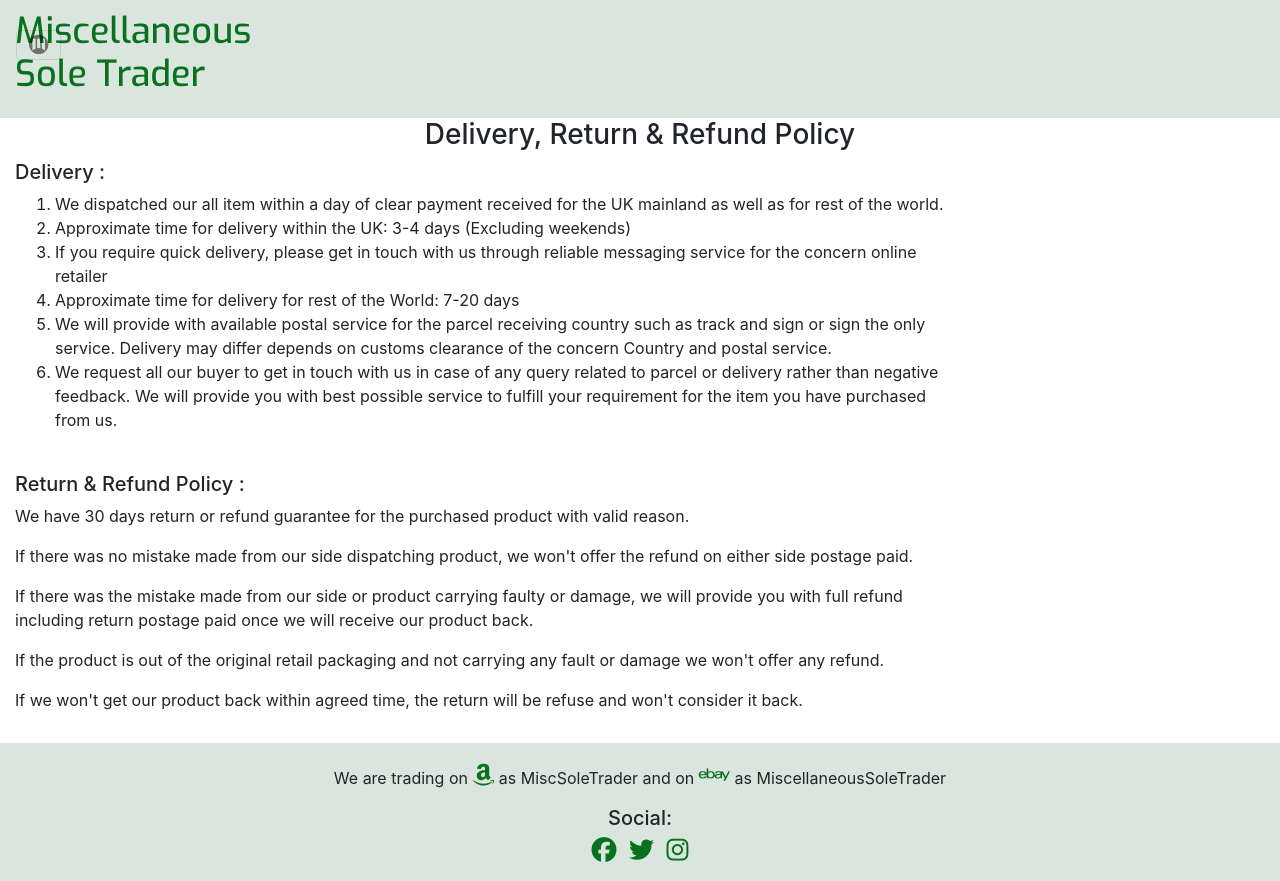
Repository: Code-Institute-Submissions/MilestoneProjectMST
Page: delretref.html
The author's editor kept a record of every edit. The page is drawn from the files as they stood at one moment, then again after the next edit.
The browser window is 1280 px wide. The pictures show the whole page.
Some web libraries are served in a nearby version.

Above is the page before.
Console error: TypeError: Cannot read properties of undefined (reading 'fn')

### delretref.html
<!DOCTYPE html>
<html lang="en">

<head>
    <meta charset="UTF-8">
    <meta name="viewport" content="width=device-width, initial-scale=1.0">
    <meta http-equiv="X-UA-Compatible" content="ie=edge">
    <link rel="stylesheet" href="support/style.css" type="text/css" />
    <link rel="stylesheet" href="https://stackpath.bootstrapcdn.com/bootstrap/4.3.1/css/bootstrap.min.css" integrity="sha384-ggOyR0iXCbMQv3Xipma34MD+dH/1fQ784/j6cY/iJTQUOhcWr7x9JvoRxT2MZw1T" crossorigin="anonymous">
    <script src="https://stackpath.bootstrapcdn.com/bootstrap/4.3.1/js/bootstrap.min.js" integrity="sha384-JjSmVgyd0p3pXB1rRibZUAYoIIy6OrQ6VrjIEaFf/nJGzIxFDsf4x0xIM+B07jRM" crossorigin="anonymous"></script>
    <script src="https://kit.fontawesome.com/011e87d520.js"></script>
    <link rel="stylesheet" href="https://cdnjs.cloudflare.com/ajax/libs/hover.css/2.3.1/css/hover-min.css" type="text/css" />
    <title>MiscSoleTrader</title>
</head>

<body>
    <header class="header-background navalert-container">
        <div class="row no-gutters">
            <a href="index.html" class="col">
                <h1 class="hdr-title-color">Miscellaneous<br> Sole Trader</h1>
            </a>
            <div>
                <nav class="navbar navbar-light nav-background fixed-top">
                    <button class="navbar-toggler" type="button" data-toggle="collapse" data-target="#navbarSupportedContent" aria-controls="navbarSupportedContent" aria-expanded="false" aria-label="Toggle navigation">
                        <i class="fab fa-mizuni"></i>
                    </button>
                    <div class="collapse navbar-collapse" id="navbarSupportedContent">
                        <ul class="nav navbar-nav">
                            <li class="nav-item active mr-2">
                                <a class="nav-link" href="index.html">Products<span class="sr-only">(current)</span></a>
                            </li>
                            <li class="nav-item mr-2">
                                <a class="nav-link" href="about.html">About Us</a>
                            </li>
                            <li class="nav-item mr-2">
                                <a class="nav-link" href="contact.html">Contact Us</a>
                            </li>
                            <li class="nav-item mr-2">
                                <a class="nav-link" href="delretref.html" title="Return & Refund">R & R</a>
                            </li>
                        </ul>
                        <!--<form class="form-inline d-none d-lg-block my-2 my-lg-0">-->
                        <!--    <input class="form-control mr-sm-2" type="search" placeholder="Search" aria-label="Search">-->
                        <!--    <button class="btn btn-outline-success my-2 my-sm-0" type="submit">Search</button>-->
                        <!--</form>-->
                    </div>
                </nav>
            </div>
        </div>
    </header>

    <section class="main-background container-fluid" id="container">
        <div class="row" id="main">
            <div class="col delretref-heading text-center">
                <h3 class="uppercase">Delivery, Return & Refund Policy</h3>
            </div>
        </div>
        <div class="row no-gutter" id="main">
            <!--<div class="col-xl-3">-->

            <!--</div>-->
            <div class="col-xl-9 delretref-text">
                <h5 class="delretref-caption">Delivery : </h5>
                <ol>
                    <li>We dispatched our all item within a day of clear payment received for the UK mainland as well as for rest of the world.</li>
                    <li>Approximate time for delivery within the UK: 3-4 days (Excluding weekends)</li>
                    <li>If you require quick delivery, please get in touch with us through reliable messaging service for the concern online retailer</li>
                    <li>Approximate time for delivery for rest of the World: 7-20 days</li>
                    <li>We will provide with available postal service for the parcel receiving country such as track and sign or sign the only service. Delivery may differ depends on customs clearance of the concern Country and postal service.</li>
                    <li>We request all our buyer to get in touch with us in case of any query related to parcel or delivery rather than negative feedback. We will provide you with best possible service to fulfill your requirement for the item you have purchased
                        from us.</li>
                </ol>
                <br>
                <h5 class="delretref-caption">Return & Refund Policy : </h5>
                <p>We have 30 days return or refund guarantee for the purchased product with valid reason.</p>
                <p>If there was no mistake made from our side dispatching product, we won't offer the refund on either side postage paid.</p>
                <p>If there was the mistake made from our side or product carrying faulty or damage, we will provide you with full refund including return postage paid once we will receive our product back.</p>
                <p>If the product is out of the original retail packaging and not carrying any fault or damage we won't offer any refund.</p>
                <p>If we won't get our product back within agreed time, the return will be refuse and won't consider it back.</p>
            </div>

            <!--<div class="col-xl-3">-->

            <!--</div>-->

        </div>

    </section>
    <footer class="fixed-footer container-fluid footer-container">
        <div id="footer-details" class="row footer-text">
            <div class="col-sm col-md col-lg">
                <p class="inline-block">
                    We are trading on <i class="fab fa-amazon"></i> as MiscSoleTrader and on <i class="fab fa-ebay"></i> as MiscellaneousSoleTrader
                </p>
                <!--</div>-->

                <!--<div class="col-sm-6 col-md-6">-->
                <h5 class="uppercase general-sub">Social: </h5>
                <ul class="list-inline social-links">
                    <li class="list-inline-item">
                        <a target="_blank" href="#" title="Miscellaneous Sole Trader">
                            <i class="fab fa-facebook" aria-hidden="true"></i>
                            <span class="sr-only">Facebook</span>
                        </a>
                    </li>
                    <li class="list-inline-item">
                        <a target="_blank" href="#">
                            <i class="fab fa-twitter" aria-hidden="true"></i>
                            <span class="sr-only">Twitter</span>
                        </a>
                    </li>
                    <li class="list-inline-item">
                        <a target="_blank" href="#" title="misc_sole_trade">
                            <i class="fab fa-instagram" aria-hidden="true"></i>
                            <span class="sr-only">Instagram</span>
                        </a>
                    </li>
                </ul>
            </div>
        </div>
    </footer>
    <script src="https://code.jquery.com/jquery-3.3.1.slim.min.js " integrity="sha384-q8i/X+965DzO0rT7abK41JStQIAqVgRVzpbzo5smXKp4YfRvH+8abtTE1Pi6jizo " crossorigin="anonymous "></script>
    <script src="https://cdnjs.cloudflare.com/ajax/libs/popper.js/1.14.7/umd/popper.min.js " integrity="sha384-UO2eT0CpHqdSJQ6hJty5KVphtPhzWj9WO1clHTMGa3JDZwrnQq4sF86dIHNDz0W1 " crossorigin="anonymous "></script>
    <script src="https://stackpath.bootstrapcdn.com/bootstrap/4.3.1/js/bootstrap.min.js " integrity="sha384-JjSmVgyd0p3pXB1rRibZUAYoIIy6OrQ6VrjIEaFf/nJGzIxFDsf4x0xIM+B07jRM " crossorigin="anonymous "></script>
</body>

</html>

### support/style.css
@import url('https://fonts.googleapis.com/css?family=Roboto:100,200,300,400,500,600,700|Exo:100,200,300,400,500,600,700|Abel:100,200,300,400,500,600,700');

/*--------------------------------------------------------------------------Header--*/

/*--------------------------------------------------Title--*/

header {
    margin: 0;
}

.hdr-title-color {
    font-family: "Exo",sans-serif;
    font-size: 36px;
    color: #07711f;
    /*background-color: #dae6dd;*/
    text-align: left;
    width: 100%;
    min-height: 90px;
    padding-left: 5px;
    text-decoration: none;
    /*padding-top: 5px;*/
}

.nav-background {
    min-height: 90px;
}

.header-background {
    background-color: #dae6dd;
    padding: 10px;
}

.navbar {
    align-items: right;
}

/*--------------------------------------------------------------------------Footer--*/

.footer-text {
    text-align: center;
    background-color: #dae6dd;
    margin-top: 15px;
    padding-top: 20px;
}

.footer-text i {
    color: #07711f;
    font-size: 25px;
    /*margin-top: 15px;*/
    /*padding-top: 20px;*/
}

/*--------------------------------------------------------------------Media Query--*/

@media (min-width: 920px)
.navbar-expand-md .navbar-nav {
    display: flex;
    flex-direction: column ;
}

After the next edit:
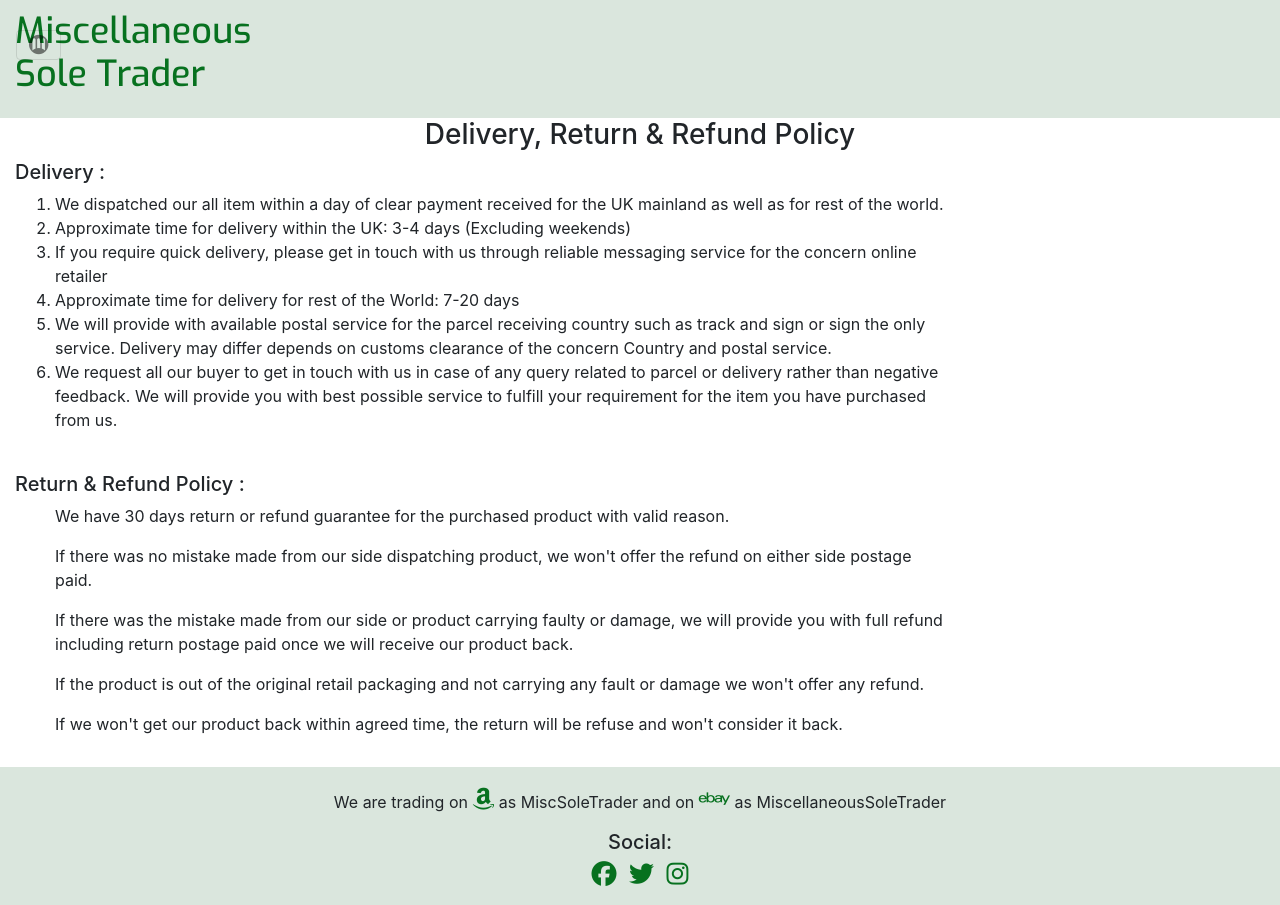
The edit:
--- a/delretref.html
+++ b/delretref.html
@@ -72,6 +72,7 @@
                 </ol>
                 <br>
                 <h5 class="delretref-caption">Return & Refund Policy : </h5>
+                <ol>
                 <p>We have 30 days return or refund guarantee for the purchased product with valid reason.</p>
                 <p>If there was no mistake made from our side dispatching product, we won't offer the refund on either side postage paid.</p>
                 <p>If there was the mistake made from our side or product carrying faulty or damage, we will provide you with full refund including return postage paid once we will receive our product back.</p>
